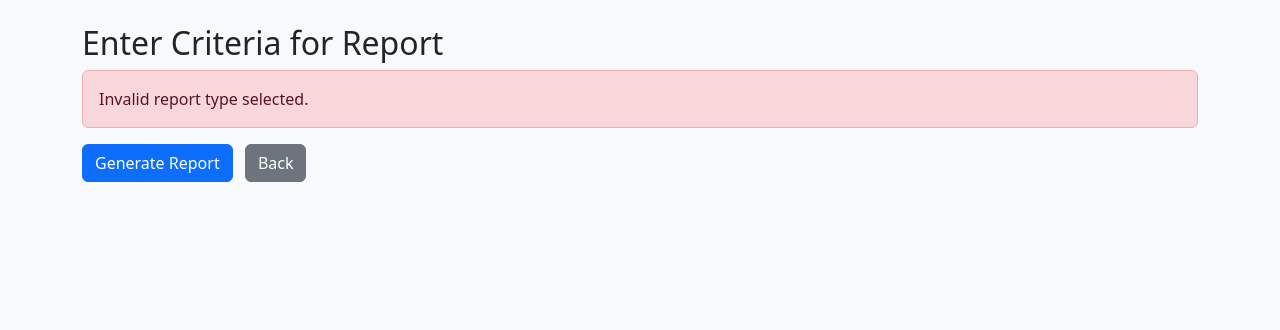
Repository: srushtinb/ProductManagementSystem
Page: http://localhost/ProductManagementSystem/report_form.jsp
These files come from the project's save history. The page is drawn as it stood at one moment and after the next save; the edit follows.
The browser window is 1280 px wide. The pictures show the whole page.
Some web libraries are served in a nearby version. The page is served by Tomcat 9. Other server files are loaded and not shown.

Above is the page before, as saved 2025-05-27 20:26:52.

### ProductManagementSystem/src/main/webapp/report_form.jsp
<%@ page contentType="text/html;charset=UTF-8" language="java" %>
<%
    String type = (String) request.getAttribute("type");
%>
<!DOCTYPE html>
<html lang="en">
<head>
    <title>Report Criteria</title>
    <link href="https://cdn.jsdelivr.net/npm/bootstrap@5.4.3/dist/css/bootstrap.min.css" rel="stylesheet">
</head>
<body class="bg-light">
<div class="container py-4">
    <h2>Enter Criteria for Report</h2>
    <form action="ReportServlet" method="post" class="needs-validation" novalidate>
        <input type="hidden" name="type" value="<%= type %>"/>
        <%
            if ("price".equals(type)) {
        %>
            <div class="mb-3">
                <label for="price" class="form-label">Price Greater Than ($)</label>
                <input type="number" step="0.01" class="form-control" id="price" name="price" required min="0">
                <div class="invalid-feedback">Please enter a valid price.</div>
            </div>
        <%
            } else if ("category".equals(type)) {
        %>
            <div class="mb-3">
                <label for="category" class="form-label">Category</label>
                <input type="text" class="form-control" id="category" name="category" required maxlength="50">
                <div class="invalid-feedback">Please enter category.</div>
            </div>
        <%
            } else if ("top".equals(type)) {
        %>
            <div class="mb-3">
                <label for="limit" class="form-label">Top N Products (Quantity)</label>
                <input type="number" class="form-control" id="limit" name="limit" required min="1" max="100">
                <div class="invalid-feedback">Please enter a valid number between 1 and 100.</div>
            </div>
        <%
            } else {
        %>
            <div class="alert alert-danger">Invalid report type selected.</div>
        <%
            }
        %>
        <button type="submit" class="btn btn-primary">Generate Report</button>
        <a href="reports.jsp" class="btn btn-secondary ms-2">Back</a>
    </form>
</div>

<script>
(() => {
  'use strict'
  const forms = document.querySelectorAll('.needs-validation')
  Array.from(forms).forEach(form => {
    form.addEventListener('submit', event => {
      if(!form.checkValidity()) {
        event.preventDefault()
        event.stopPropagation()
      }
      form.classList.add('was-validated')
    }, false)
  })
})()
</script>

</body>
</html>

After the next save:
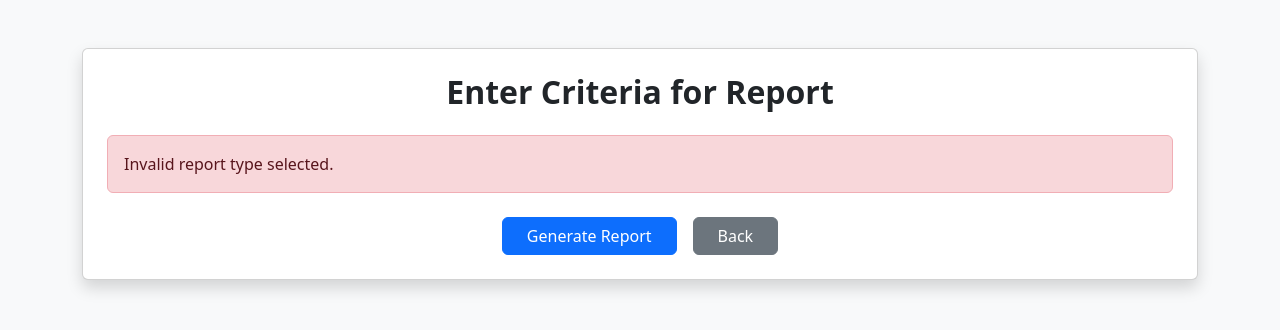
Saved 91 s later.
--- a/ProductManagementSystem/src/main/webapp/report_form.jsp
+++ b/ProductManagementSystem/src/main/webapp/report_form.jsp
@@ -9,60 +9,66 @@
     <link href="https://cdn.jsdelivr.net/npm/bootstrap@5.4.3/dist/css/bootstrap.min.css" rel="stylesheet">
 </head>
 <body class="bg-light">
-<div class="container py-4">
-    <h2>Enter Criteria for Report</h2>
-    <form action="ReportServlet" method="post" class="needs-validation" novalidate>
-        <input type="hidden" name="type" value="<%= type %>"/>
-        <%
-            if ("price".equals(type)) {
-        %>
-            <div class="mb-3">
-                <label for="price" class="form-label">Price Greater Than ($)</label>
-                <input type="number" step="0.01" class="form-control" id="price" name="price" required min="0">
-                <div class="invalid-feedback">Please enter a valid price.</div>
+<div class="container py-5">
+    <div class="card shadow p-4">
+        <h2 class="text-center fw-bold mb-4">Enter Criteria for Report</h2>
+
+        <form action="ReportServlet" method="post" class="needs-validation" novalidate>
+            <input type="hidden" name="type" value="<%= type %>"/>
+            <%
+                if ("price".equals(type)) {
+            %>
+                <div class="mb-3">
+                    <label for="price" class="form-label">Price Greater Than ($)</label>
+                    <input type="number" step="0.01" class="form-control" id="price" name="price" required min="0">
+                    <div class="invalid-feedback">Please enter a valid price.</div>
+                </div>
+            <%
+                } else if ("category".equals(type)) {
+            %>
+                <div class="mb-3">
+                    <label for="category" class="form-label">Category</label>
+                    <input type="text" class="form-control" id="category" name="category" required maxlength="50">
+                    <div class="invalid-feedback">Please enter a category.</div>
+                </div>
+            <%
+                } else if ("top".equals(type)) {
+            %>
+                <div class="mb-3">
+                    <label for="limit" class="form-label">Top N Products (by Quantity)</label>
+                    <input type="number" class="form-control" id="limit" name="limit" required min="1" max="100">
+                    <div class="invalid-feedback">Please enter a valid number between 1 and 100.</div>
+                </div>
+            <%
+                } else {
+            %>
+                <div class="alert alert-danger">Invalid report type selected.</div>
+            <%
+                }
+            %>
+
+            <div class="d-flex justify-content-center mt-4">
+                <button type="submit" class="btn btn-primary px-4">Generate Report</button>
+                <a href="reports.jsp" class="btn btn-secondary ms-3 px-4">Back</a>
             </div>
-        <%
-            } else if ("category".equals(type)) {
-        %>
-            <div class="mb-3">
-                <label for="category" class="form-label">Category</label>
-                <input type="text" class="form-control" id="category" name="category" required maxlength="50">
-                <div class="invalid-feedback">Please enter category.</div>
-            </div>
-        <%
-            } else if ("top".equals(type)) {
-        %>
-            <div class="mb-3">
-                <label for="limit" class="form-label">Top N Products (Quantity)</label>
-                <input type="number" class="form-control" id="limit" name="limit" required min="1" max="100">
-                <div class="invalid-feedback">Please enter a valid number between 1 and 100.</div>
-            </div>
-        <%
-            } else {
-        %>
-            <div class="alert alert-danger">Invalid report type selected.</div>
-        <%
-            }
-        %>
-        <button type="submit" class="btn btn-primary">Generate Report</button>
-        <a href="reports.jsp" class="btn btn-secondary ms-2">Back</a>
-    </form>
+        </form>
+    </div>
 </div>
 
 <script>
 (() => {
-  'use strict'
-  const forms = document.querySelectorAll('.needs-validation')
+  'use strict';
+  const forms = document.querySelectorAll('.needs-validation');
   Array.from(forms).forEach(form => {
     form.addEventListener('submit', event => {
-      if(!form.checkValidity()) {
-        event.preventDefault()
-        event.stopPropagation()
+      if (!form.checkValidity()) {
+        event.preventDefault();
+        event.stopPropagation();
       }
-      form.classList.add('was-validated')
-    }, false)
-  })
-})()
+      form.classList.add('was-validated');
+    }, false);
+  });
+})();
 </script>
 
 </body>
